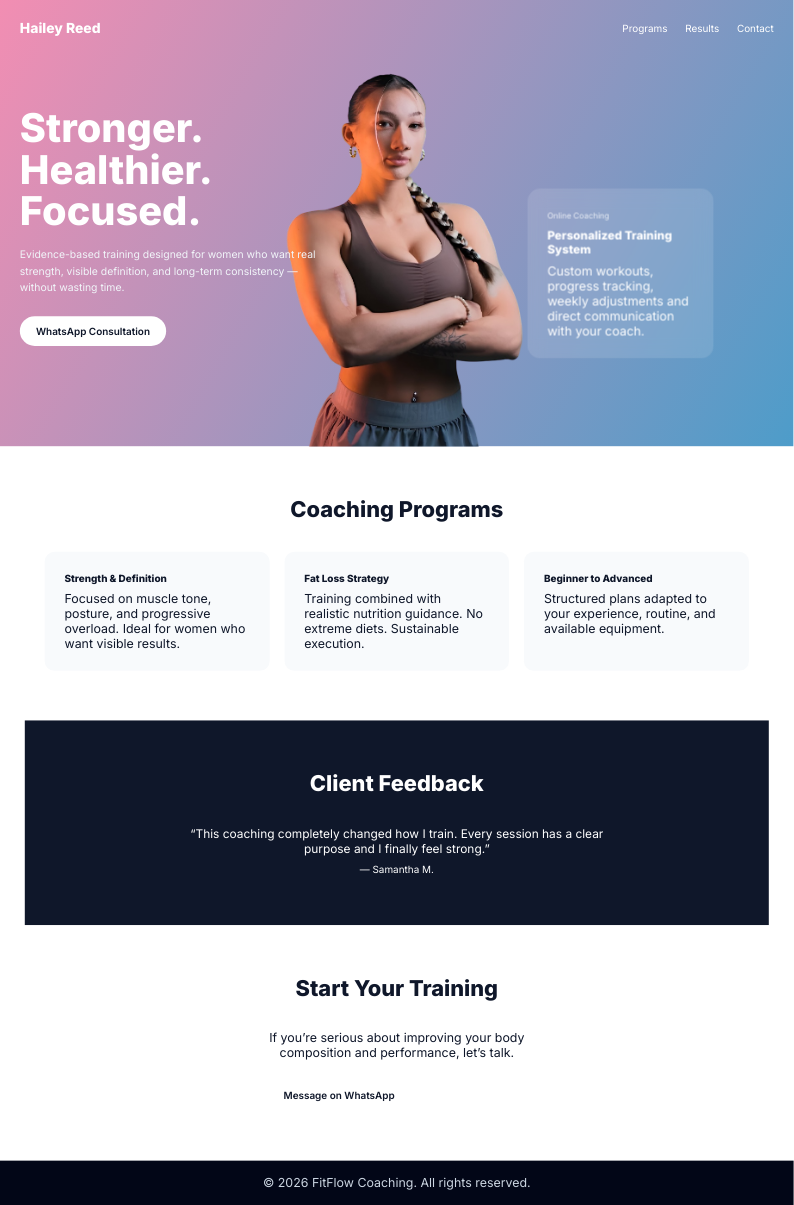
Repository: davidfsillva/Hailey-Reed-Coaching
Page: index.html
An editor plug-in stored every save of this project. The page is shown before and after the next save, followed by the edit.
The browser window is 1280 px wide. The pictures show the whole page, at 62% of full size.

Above is the page before, as saved 2026-02-11 17:54:13.

### index.html
<!DOCTYPE html>
<html lang="en">
<head>
  <meta charset="UTF-8" />
  <meta name="viewport" content="width=device-width, initial-scale=1.0" />
  <title>Personal Trainer | Online Coaching</title>
  <link rel="stylesheet" href="style.css" />
  <link rel="preconnect" href="https://fonts.googleapis.com">
  <link rel="preconnect" href="https://fonts.gstatic.com" crossorigin>
  <link href="https://fonts.googleapis.com/css2?family=Inter:wght@400;600;800&display=swap" rel="stylesheet">
</head>
<body>

<header class="hero">
  <nav class="nav">
    <h1 class="logo">Hailey Reed</h1>
    <div class="nav-links">
      <a href="#programs">Programs</a>
      <a href="#results">Results</a>
      <a href="#contact">Contact</a>
    </div>
  </nav>

  <!-- IMAGEM DO TREINADOR -->
  <img class="hero-img" src="img/Photoroom_20260211_45117 PM.png" alt="Trainer" />

  <!-- GRADIENTE SOBRE A IMAGEM -->
  <div class="hero-gradient"></div>

  <!-- CONTEÚDO DO HERO -->
  <div class="hero-content">
    <div class="hero-text">


  <h2 class="hero-title">
    Stronger.<br>
    Healthier.<br>
    Focused.
  </h2>
      <p>
        Evidence-based training designed for women who want real strength,
        visible definition, and long-term consistency — without wasting time.
      </p>
      <div class="cta-group">
        <a href="https://wa.me/5599999999999" target="_blank" class="btn primary">
          WhatsApp Consultation
        </a>
      </div>
    </div>

    <div class="hero-card">
      <span class="tag">Online Coaching</span>
      <h3>Personalized Training System</h3>
      <p>
        Custom workouts, progress tracking, weekly adjustments
        and direct communication with your coach.
      </p>
    </div>
  </div>
</header>


<section id="programs" class="section">
  <h3>Coaching Programs</h3>

  <div class="cards">
    <div class="card">
      <h4>Strength & Definition</h4>
      <p>
        Focused on muscle tone, posture, and progressive overload.
        Ideal for women who want visible results.
      </p>
    </div>

    <div class="card">
      <h4>Fat Loss Strategy</h4>
      <p>
        Training combined with realistic nutrition guidance.
        No extreme diets. Sustainable execution.
      </p>
    </div>

    <div class="card">
      <h4>Beginner to Advanced</h4>
      <p>
        Structured plans adapted to your experience, routine,
        and available equipment.
      </p>
    </div>
  </div>
</section>

<section id="results" class="section dark">
  <h3>Client Feedback</h3>

  <div class="testimonial">
    <p>
      “This coaching completely changed how I train.
      Every session has a clear purpose and I finally feel strong.”
    </p>
    <span>— Samantha M.</span>
  </div>
</section>

<section id="contact" class="section">
  <h3>Start Your Training</h3>
  <p class="contact-text">
    If you’re serious about improving your body composition
    and performance, let’s talk.
  </p>

  <div class="cta-group center">
    <a href="https://wa.me/5599999999999" target="_blank" class="btn primary">
      Message on WhatsApp
    </a>
    <a href="https://instagram.com/seuinstagram" target="_blank" class="btn secondary">
      Visit Instagram
    </a>
  </div>
</section>

<footer class="footer">
  <p>© 2026 FitFlow Coaching. All rights reserved.</p>
</footer>

<script src="script.js"></script>
</body>
</html>

### style.css
:root {
  --pink: #f07aa5;
  --blue: #2e8bc0;
  --dark: #0f172a;
  --light: #ffffff;
  --muted: #cbd5e1;
}

* {
  margin: 0;
  padding: 0;
  box-sizing: border-box;
  font-family: 'Inter', sans-serif;
}

body {
  background: var(--light);
  color: var(--dark);
}

/* ================= HERO ================= */
.hero {
  position: relative;
  min-height: 100vh;
  padding: 32px;
  color: white;
  overflow: hidden;
}

/* IMAGEM DO TREINADOR */
/* IMAGEM DO TREINADOR */
.hero-img {
  position: absolute;
  top: 50%;
  left: 50%;
  transform: translate(-50%, -50%);
  width: 60%;
  max-width: 500px;
  height: auto;
  z-index: 2; /* imagem acima do gradiente */
}

/* GRADIENTE SOBRE A IMAGEM (agora atrás da imagem) */
.hero-gradient {
  position: absolute;
  top: 0;
  left: 0;
  width: 100%;
  height: 100%;
  background: linear-gradient(
    120deg,
    rgba(240,122,165,0.85),
    rgba(46,139,192,0.85)
  );
  z-index: 1; /* atrás da imagem */
}

/* CONTEÚDO DO HERO (texto e card) */
.hero-content {
  position: relative;
  z-index: 5; /* sempre acima da imagem */
}


/* TEXTO DO HERO */

.hero-text {
  display: flex;
  flex-direction: column;
  justify-content: center;
  height: 85vh;
}

/* Nome */
.trainer-name {
  font-size: 0.9rem;
  letter-spacing: 3px;
  text-transform: uppercase;
  opacity: 0.85;
  margin-bottom: 60px;
}

/* Título */
.hero-title {
  font-size: clamp(3rem, 6vw, 5rem);
}

.hero-title , h2, p {
font-size: 20PX;
}

/* Parágrafo */
.hero-text p {
  max-width: 500px;
  line-height: 1.6;
}


.hero-text h2 {
  font-size: clamp(2.8rem, 5vw, 4.2rem);
  line-height: 1.05;
  margin-bottom: 24px;
}

.hero-text p {
  max-width: 480px;
  font-size: 1.05rem;
  color: #f1f5f9;
}

/* BOTÕES */
.cta-group {
  display: flex;
  gap: 16px;
  margin-top: 32px;
  flex-wrap: wrap;
}

.btn {
  padding: 14px 26px;
  border-radius: 999px;
  font-weight: 600;
  text-decoration: none;
  transition: 0.3s;
}

.btn.primary {
  background: white;
  color: var(--dark);
}

.btn.secondary {
  border: 1px solid white;
  color: white;
}

.btn:hover {
  transform: translateY(-2px);
}

/* CARD COM BLUR */
.hero-card {
  position: absolute; /* posição relativa ao hero */
  top: 40%;           /* ajuste vertical: quanto mais alto o %, mais baixo ele fica */
  right: 8%;          /* distância da borda direita */
  width: 300px;       /* largura do card */
  background: rgba(255,255,255,0.12);
  backdrop-filter: blur(14px);
  padding: 32px;
  border-radius: 20px;
  z-index: 4;         /* acima da imagem */
}

/* TAG E TÍTULO DO CARD */
.hero-card .tag {
  font-size: 0.8rem;
  opacity: 0.8;
}

.hero-card h3 {
  margin: 12px 0;
}

/* ================= NAVBAR ================= */
.nav {
  position: relative;
  z-index: 10; /* maior que imagem, gradiente e card */

  display: flex;              /* ativa alinhamento horizontal */
  justify-content: space-between; /* logo esquerda, links direita */
  align-items: center;        /* centraliza verticalmente */
}

.nav-links a {
  position: relative;
  color: white;
  margin-left: 24px;
  text-decoration: none;
  font-weight: 500;
  padding-bottom: 4px;
}

.nav-links a::after {
  content: "";
  position: absolute;
  left: 0;
  bottom: 0;
  width: 0%;
  height: 2px;
  background: white;
  transition: width 0.3s ease;
}

.nav-links a:hover::after {
  width: 100%;
}



.logo {
  font-weight: 800;
  font-size: 1.4rem;
}

.nav-links a {
  color: white;
  margin-left: 24px;
  text-decoration: none;
  font-weight: 500;
}

/* ================= SECTIONS ================= */
.section {
  padding: 80px 32px;
  max-width: 1200px;
  margin: auto;
}

.section h3 {
  font-size: 2.2rem;
  margin-bottom: 48px;
  text-align: center;
}

.cards {
  display: grid;
  grid-template-columns: repeat(auto-fit,minmax(260px,1fr));
  gap: 24px;
}

.card {
  background: #f8fafc;
  padding: 32px;
  border-radius: 16px;
}

.card h4 {
  margin-bottom: 12px;
}

.dark {
  background: #0f172a;
  color: white;
}

.testimonial {
  max-width: 700px;
  margin: auto;
  text-align: center;
}

.testimonial p {
  font-size: 1.2rem;
  margin-bottom: 12px;
}

.contact-text {
  text-align: center;
  max-width: 520px;
  margin: 0 auto 32px;
}

.center {
  justify-content: center;
}

/* ================= FOOTER ================= */
.footer {
  padding: 24px;
  text-align: center;
  background: #020617;
  color: var(--muted);
  font-size: 0.85rem;
}

/* ================= RESPONSIVE ================= */
@media (max-width: 900px) {
  .hero-content {
    grid-template-columns: 1fr;
    text-align: center;
  }

  .hero-text p {
    margin: auto;
  }

  .hero-card {
    margin-top: 32px;
  }

  .hero-img {
    width: 90%; /* ajusta para telas menores */
  }

    .nav {
    flex-direction: column;
    gap: 16px;
  }

  .nav-links a {
    margin-left: 0;
  }
}

### script.js
// Smooth scroll for internal links
document.querySelectorAll('a[href^="#"]').forEach(anchor => {
  anchor.addEventListener('click', function (e) {
    e.preventDefault();
    document.querySelector(this.getAttribute('href'))
      .scrollIntoView({ behavior: 'smooth' });
  });
});

After the next save:
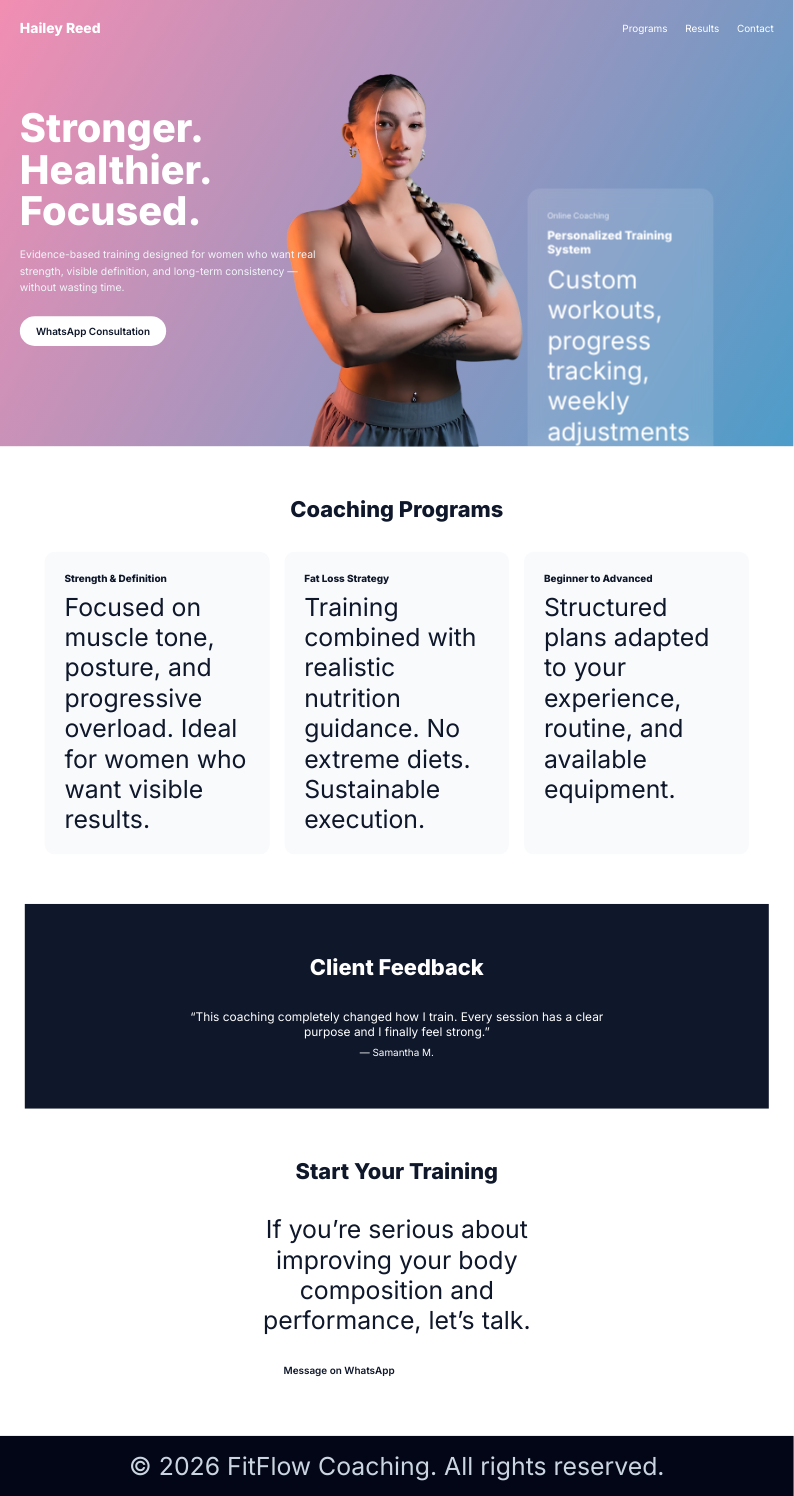
Saved 6 s later.
--- a/style.css
+++ b/style.css
@@ -86,7 +86,7 @@ body {
 }
 
 .hero-title , h2, p {
-font-size: 20PX;
+font-size: 40PX;
 }
 
 /* Parágrafo */
